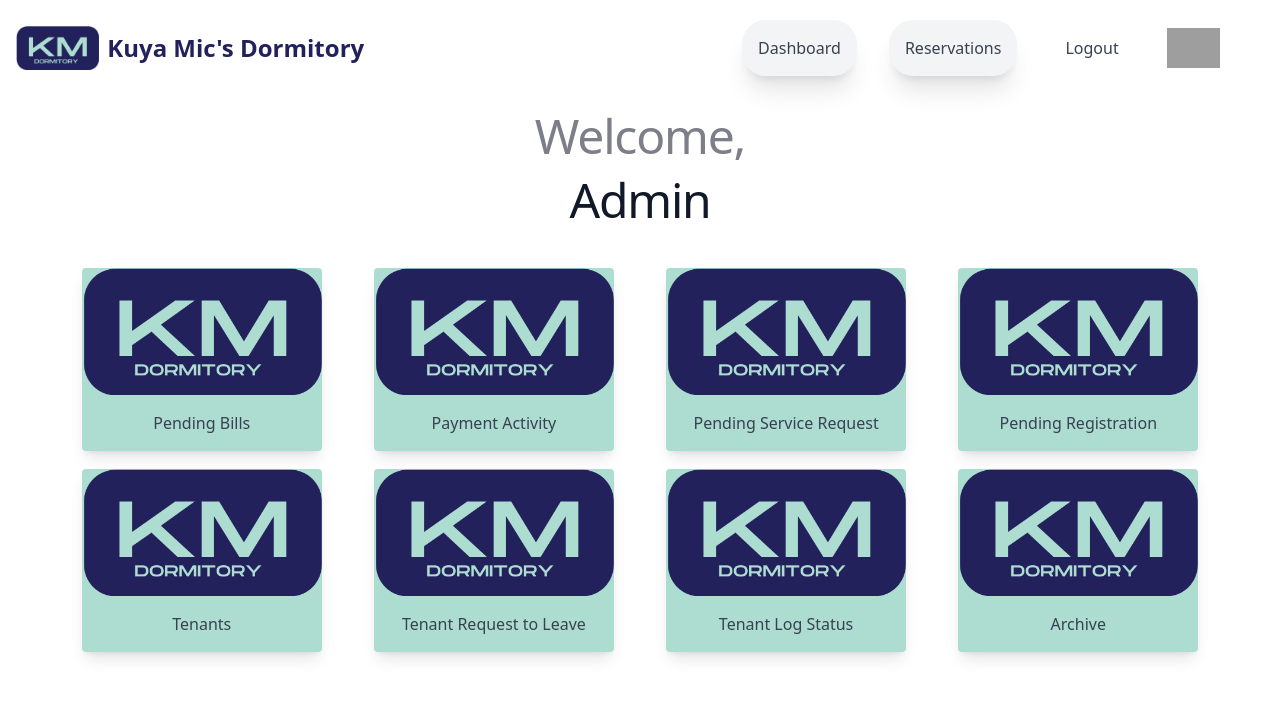
Repository: theamgri/Dormitory-Management-System
Page: home.html
The author's editor kept a copy of each file at every save. The page is drawn from the files as they stood at one save, then again after the next save.
The browser window is 1280 px wide. The pictures show the whole page.
Pictures or frames that could not be fetched are drawn as grey boxes. Some web libraries are served in a nearby version.

Above is the page before, as saved 2022-12-01 11:00:44.

### home.html
<!DOCTYPE html>
<html lang="en">
<head>
    <script src="https://cdn.tailwindcss.com"></script>
    <meta charset="UTF-8">
    <meta http-equiv="X-UA-Compatible" content="IE=edge">
    <meta name="viewport" content="width=device-width, initial-scale=1.0">
    <title>Home</title>
    <link rel="icon" type="image/x-icon" href="logo.png">


    <nav class="bg-white border-gray-200 px-2 sm:px-4 py-1 rounded dark:bg-gray-100">
        <div class="container flex flex-wrap items-center justify-between mx-auto">
          <a href="/" class="flex sm:items-left">
              <img src="logo.png" class="h-11" alt="KM Logo" />
              <span class="self-center align-middle pl-2 text-2xl font-Montserrat font-bold whitespace-nowrap" style="color: #22215B">Kuya Mic's Dormitory </span>

          </a>

          <button data-collapse-toggle="navbar-default" type="button" class="inline-flex items-center p-2 ml-3 text-sm text-gray-500 rounded-lg md:hidden hover:bg-gray-100 focus:outline-none focus:ring-2 focus:ring-gray-200 dark:text-gray-400 dark:hover:bg-gray-700 dark:focus:ring-gray-600" aria-controls="navbar-default" aria-expanded="false">
          <svg class="w-6 h-6" aria-hidden="true" fill="currentColor" viewBox="0 0 20 20" xmlns="http://www.w3.org/2000/svg"><path fill-rule="evenodd" d="M3 5a1 1 0 011-1h12a1 1 0 110 2H4a1 1 0 01-1-1zM3 10a1 1 0 011-1h12a1 1 0 110 2H4a1 1 0 01-1-1zM3 15a1 1 0 011-1h12a1 1 0 110 2H4a1 1 0 01-1-1z" clip-rule="evenodd"></path></svg>
          </button>
          <div class="hidden w-full md:block md:w-auto" id="navbar-default">
            <ul class="flex flex-col p-4 mt-4 border border-gray-100 rounded-lg md:flex-row md:space-x-8 md:mt-0 md:text-sm md:font-medium md:border-0">
              <li>
                <a href="#" class="block shadow-xl bg-gray-100 font-Montserrat rounded-3xl text-base md:text-gray-700 md:p-4" aria-current="page">Dashboard</a>
              </li>
              <li>
                <a href="#" class="block shadow-xl bg-gray-100 font-Montserrat rounded-3xl text-base md:text-gray-700 md:p-4" aria-current="page">Reservations</a>
              </li>
              <li>
                <a href="index.html" class="block font-Montserrat rounded text-base md:text-gray-700 md:p-4" aria-current="page">Logout</a>
              </li>
              <li>
                <a href="#" class="block py-2 pl-0 pr-4" aria-current="page"><img src="https://icones.pro/wp-content/uploads/2021/02/icone-utilisateur-gris.png" class="h-1 mr-3 sm:h-10" alt="KM Logo" /></a>
              </li>
            </ul>
          </div>

        </div>
      </nav>

</head>
<body>
    <div class="self-center text-center p-4">
    <h1 class="mb-4 text-4xl font-Montserrat font-base tracking-tight md:text-5xl" style="color: #7D7F88">Welcome,</h1>
    <h1 class="mb-4 text-4xl font-medium tracking-tight text-gray-900 md:text-5xl">Admin</h1>
</div>
<div class="items-center text-center mx-6 font-Montserrat">
  <div class="inline-block md:w-32 lg:w-60 sm:mx-6 mt-3 max-w-sm rounded overflow-hidden shadow-lg" style="background-color: #ADDDD0">
    <img class="w-full" src="logo.png" alt="Sunset in the mountains">
    <div class="px-6 py-4">

      <p class="text-gray-700 text-base">
       Pending Bills
      </p>
    </div>

  </div>


  <div class="inline-block md:w-32 lg:w-60 sm:mx-6 sm:mt-3 sm:max-w-sm rounded overflow-hidden shadow-lg" style="background-color: #ADDDD0">
    <img class="w-full" src="logo.png" alt="Sunset in the mountains">
    <div class="px-6 py-4">

      <p class="text-gray-700 text-base">
        Payment Activity
      </p>
    </div>

  </div>

  <div class="inline-block md:w-32 lg:w-60 sm:mx-6 sm:mt-3 sm:max-w-sm rounded overflow-hidden shadow-lg" style="background-color: #ADDDD0">
    <img class="w-full" src="logo.png" alt="Pending Registration">
    <div class="px-6 py-4">
      <p class="text-gray-700 text-base">
        Pending Service Request
      </p>
    </div>
  </div>



  <div class="inline-block md:w-32 lg:w-60 sm:mx-6 sm:mt-3 sm:max-w-sm rounded overflow-hidden shadow-lg" style="background-color: #ADDDD0">
    <img class="w-full" src="logo.png" alt="Pending Registration">
    <div class="px-6 py-4">
      <p class="text-gray-700 text-base">
        Pending Registration
      </p>
    </div>
  </div>


  </div>

<div class="items-center text-center mx-6 font-Montserrat">
  <div class="inline-block md:w-32 lg:w-60 sm:mx-6 sm:mt-3 sm:max-w-sm rounded overflow-hidden shadow-lg" style="background-color: #ADDDD0">
    <img class="w-full" src="logo.png" alt="Sunset in the mountains">
    <div class="px-6 py-4">

      <p class="text-gray-700 text-base">
       Tenants
      </p>
    </div>

  </div>


  <div class="inline-block md:w-32 lg:w-60 sm:mx-6 sm:mt-3 sm:max-w-sm rounded overflow-hidden shadow-lg" style="background-color: #ADDDD0">
    <img class="w-full" src="logo.png" alt="Sunset in the mountains">
    <div class="px-6 py-4">

      <p class="text-gray-700 text-base">
        Tenant Request to Leave
      </p>
    </div>

  </div>

  <div class="inline-block md:w-32 lg:w-60 sm:mx-6 sm:mt-3 sm:max-w-sm rounded overflow-hidden shadow-lg" style="background-color: #ADDDD0">
    <img class="w-full" src="logo.png" alt="Pending Registration">
    <div class="px-6 py-4">
      <p class="text-gray-700 text-base">
        Tenant Log Status
      </p>
    </div>
  </div>



  <div class="inline-block md:w-32 lg:w-60 sm:mx-6 sm:mt-3 sm:max-w-sm rounded overflow-hidden shadow-lg" style="background-color: #ADDDD0">
    <img class="w-full" src="logo.png" alt="Pending Registration">
    <div class="px-6 py-4">
      <p class="text-gray-700 text-base">
        Archive
      </p>
    </div>
  </div>

</div>

After the next save:
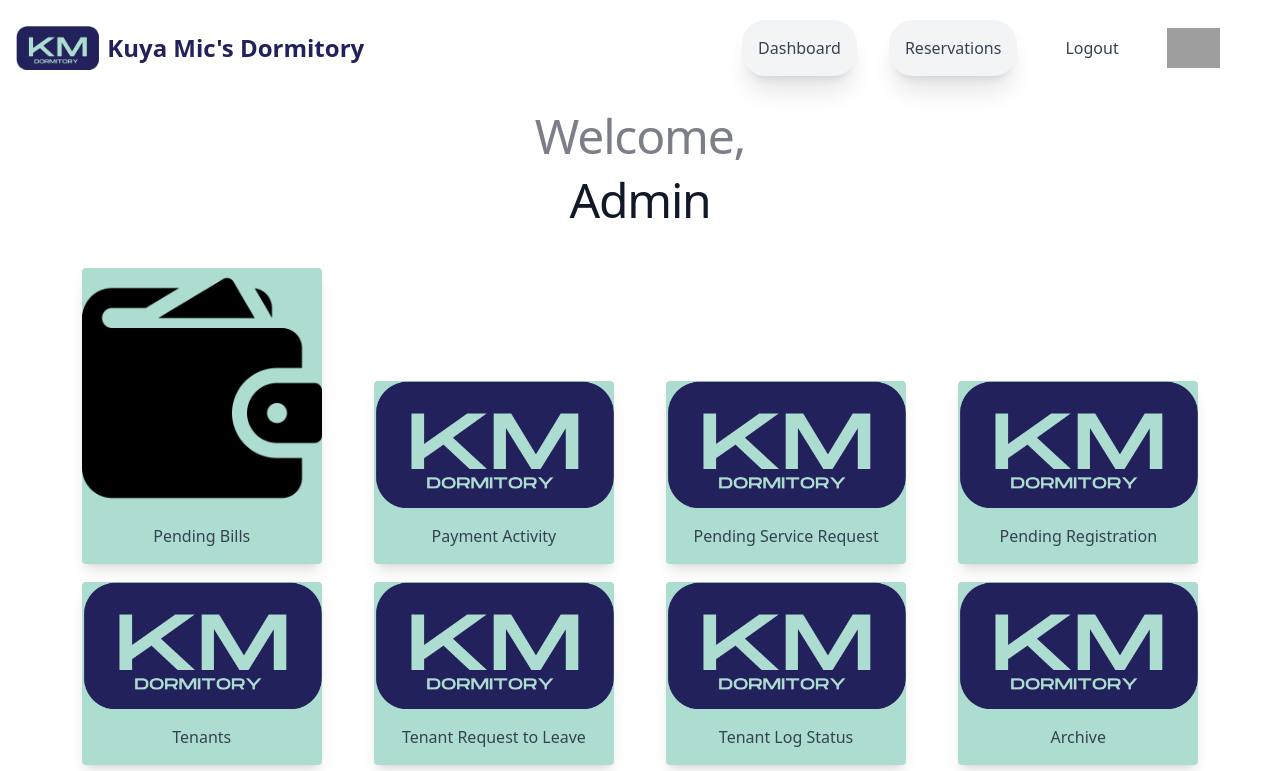
Saved 26 h 34 min later.
--- a/home.html
+++ b/home.html
@@ -48,7 +48,7 @@
 </div>
 <div class="items-center text-center mx-6 font-Montserrat">
   <div class="inline-block md:w-32 lg:w-60 sm:mx-6 mt-3 max-w-sm rounded overflow-hidden shadow-lg" style="background-color: #ADDDD0">
-    <img class="w-full" src="logo.png" alt="Sunset in the mountains">
+    <img class="w-full" src="wallet.png" alt="Sunset in the mountains">
     <div class="px-6 py-4">
 
       <p class="text-gray-700 text-base">
